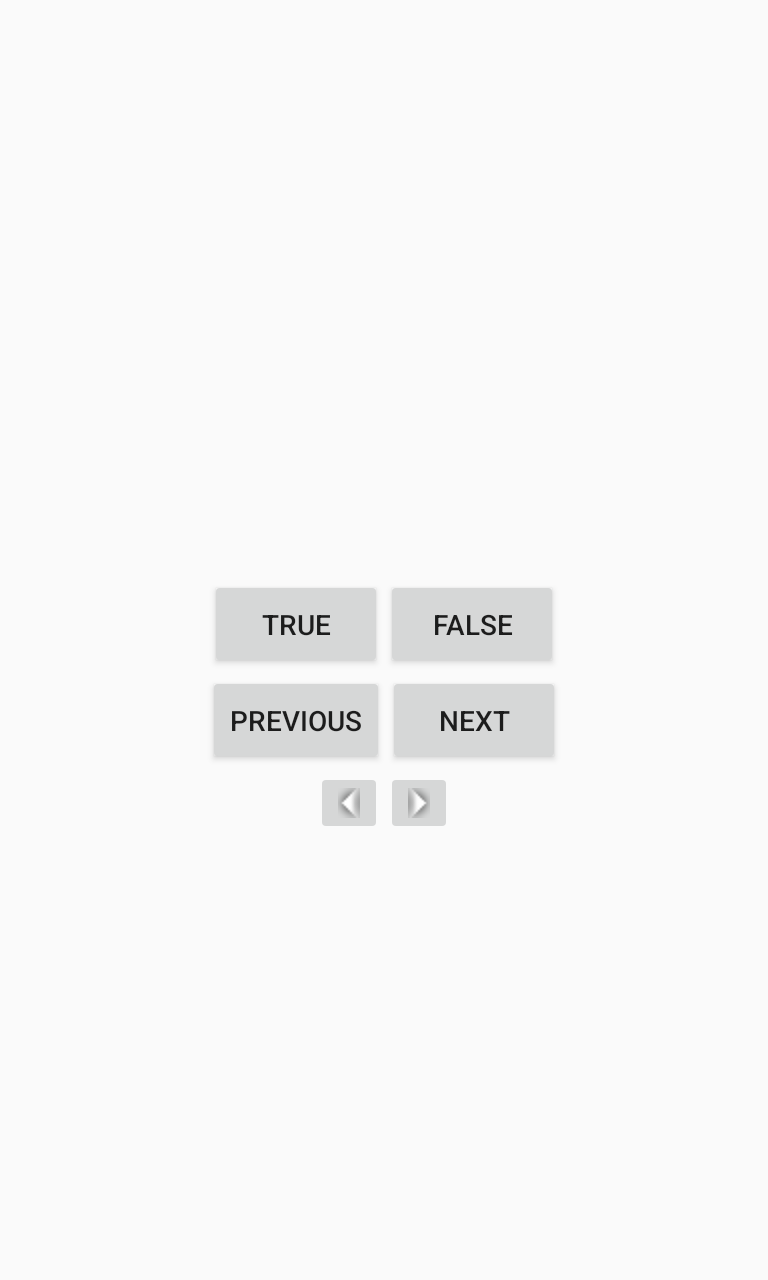
Repository: DaleJulian/AndroidTraining
Layout: GeoQuiz/res/layout/activity_quiz.xml
These files come from the project's save history. The layout is drawn as it stood at one moment and after the next save; the edit follows.
It is drawn on a 768 x 1280 px phone screen (xhdpi) without system bars, with theme AppTheme; the app's code is not run.

Above is the layout before, as saved 2015-05-26 04:53:33.

After the next save:
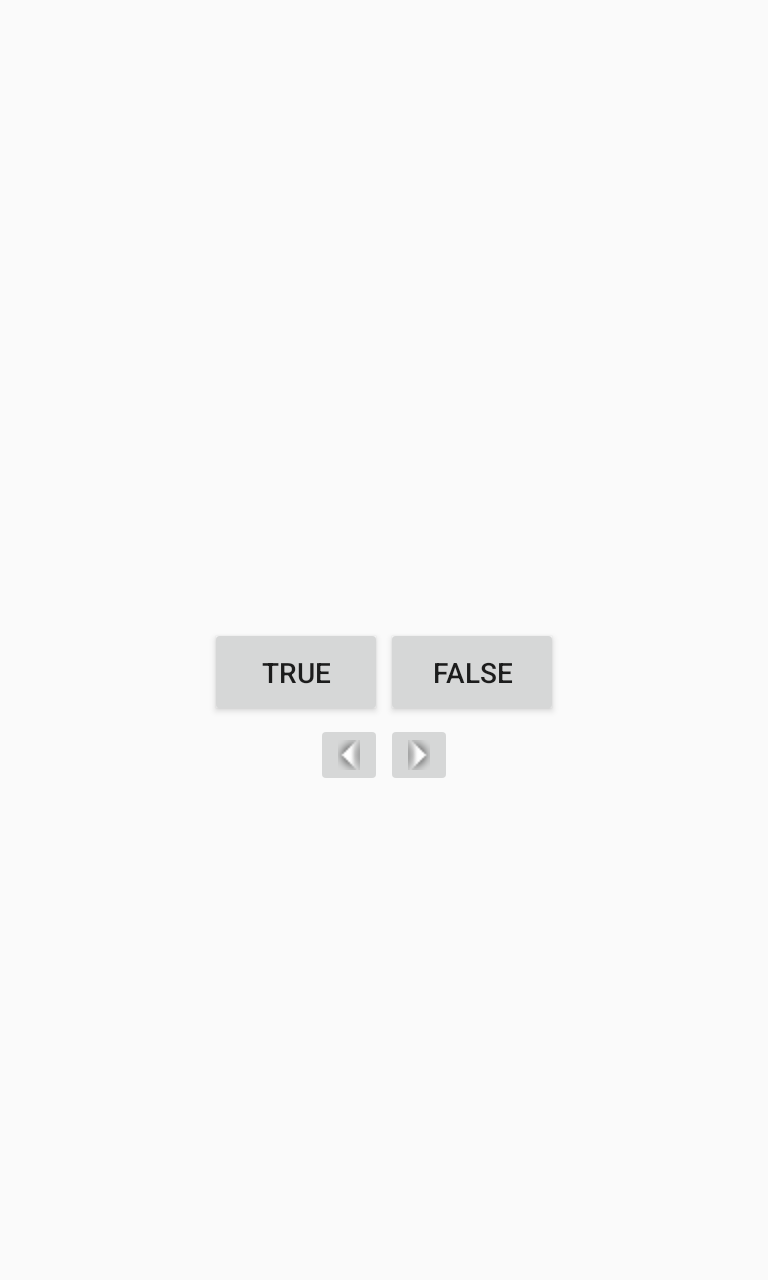
Saved 4 min 0 s later.
--- a/GeoQuiz/res/layout/activity_quiz.xml
+++ b/GeoQuiz/res/layout/activity_quiz.xml
@@ -30,29 +30,6 @@
 	<LinearLayout
 	    android:layout_width="wrap_content"
 	    android:layout_height="wrap_content"
-	    android:orientation="horizontal">
-
-		<Button
-		    android:id="@+id/prev_button"
-		    android:layout_width="wrap_content"
-		    android:layout_height="wrap_content"
-		    android:text="@string/button_previous"
-
-		    />
-		<Button
-		    android:id="@+id/next_button"
-		    android:layout_width="wrap_content"
-		    android:layout_height="wrap_content"
-		    android:text="@string/button_next"
-
-		    />
-
-	</LinearLayout>
-
-
-	<LinearLayout
-	    android:layout_width="wrap_content"
-	    android:layout_height="wrap_content"
 		android:orientation="horizontal" >
 
 	    <ImageButton
